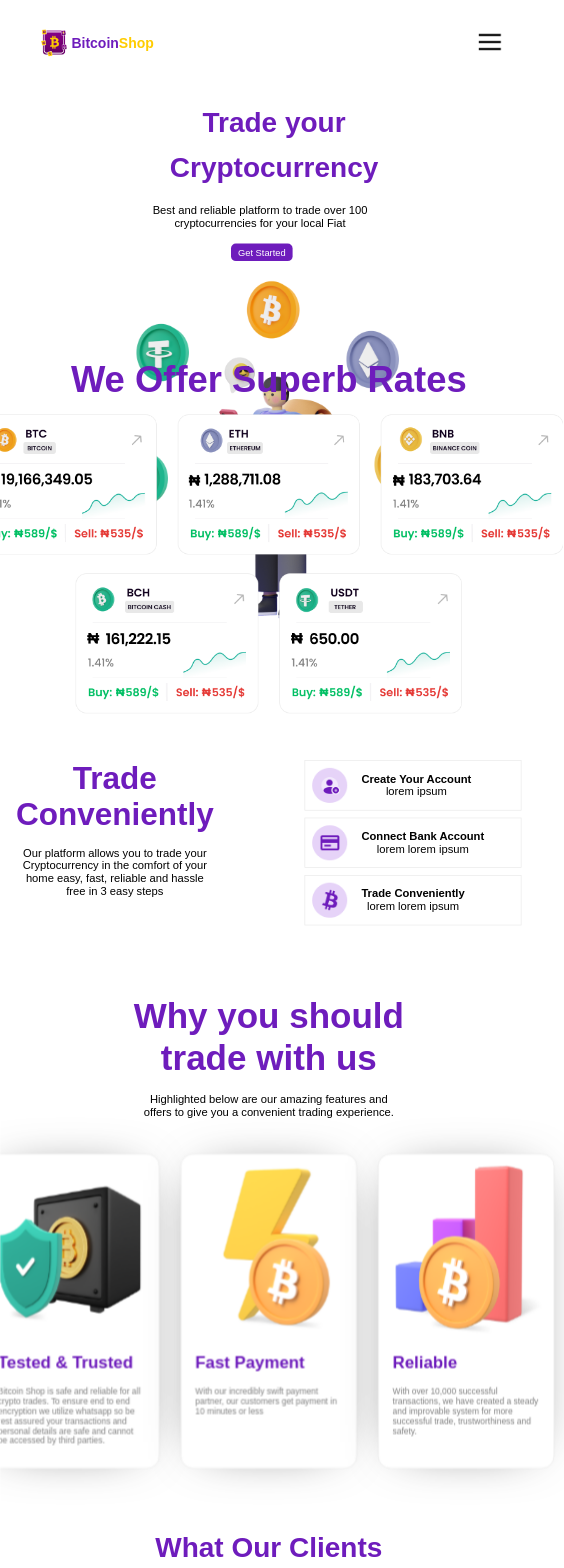
Repository: akinmiday/bitcoinshop-website
Page: /
An editor plug-in stored every save of this project. The page is shown before and after the next save, followed by the edit.
The browser window is 768 px wide. The page is 805 px wide, so the pictures cover 805 px, including what lies to the right of the window. The pictures show the part of the page from y = 0 to 2240 px (the page is 3084 px tall), at 70% of full size.
The project was rebuilt for these pictures with package versions that can differ from the ones it lists, and the page was loaded fresh each time. Also part of the build but not shown: vite.config.js.

Above is the page before, as saved 2023-07-12 05:55:45.

### src/App.jsx
import React from 'react'
import { Route, createBrowserRouter, RouterProvider, createRoutesFromElements } from "react-router-dom"
import './App.css'
import Layout from './components/layout'
import TitlePage from './pages/title'
import Rates from './pages/rates'



const router = createBrowserRouter(createRoutesFromElements(
  <Route path='/' element={<Layout />} >
    <Route index element={<TitlePage />} />
    <Route element={<Rates />} />

  </Route>
))

function App() {

  return (
    <RouterProvider router={router} />
  )
}

export default App

### src/index.css
*{
    margin: 0;
    padding: 0;
    box-sizing: border-box;
    /* font-family: 'Segoe UI', Tahoma, Geneva, Verdana, sans-serif ; */
    font-family: 'Poppins', sans-serif;
}

.header{
    display: flex;
    color:#6E1CBC;
    display: flex;
    align-items: center;
    border-bottom: #EAEAEA solid 1px;
    height: 60px;
    flex-shrink: 0;
    justify-content: space-between;
    padding: 20px;
}

.left-side-header{
  display: flex;
    align-items: center;
    font-weight: 500;
}

.left-side-header > img{
  padding: 5px;
    height: 50px;
}


.right-side-header{
    display: flex;
    align-items: center;
    font-weight: 500;
}

.right-side-header > img{
    padding: 10px;
    height: 44px;

}

.shop-logo{
    color:#FFCC00 ;
}


.middle-section-header {
    display: flex;
    justify-content: center;
    align-items: center;
    gap: 20px;
}

.right-side-header >button {
    background-color: #6E1CBC;
    color: #ffffff;
    padding: 5px 10px;
    border-radius: 8px;
    border: none;
}

.menu-icon-header{
display: none;
}

.footer{
    background-color: #6E1CBC;
    color: #ffffff;
    display: flex;
    justify-content: center;
    align-items: center;
    margin-top: auto;
    flex-shrink: 0;
    height: 45px;
}

.title-section{
    display: flex;
    padding: 30px;
    height: 400px;
    justify-content: space-around;

}



.left-side-title{
    width: 450px;
    padding: 20px;
}

.left-side-title > h1{
    color: #6E1CBC;
    font-size: 62px;
    font-style: normal;
    font-weight: 700;
    line-height: 78px;


}

.left-side-title > p{
    font-size: 18px;
    padding: 20px 0;
}

.left-side-title >button{
    color: #ffffff;
    background-color: #6E1CBC;
    padding: 5px 10px;
    border-radius: 7px;
    text-align: center;
    border: none;
}

.rates-section{
    color: #6E1CBC;
    text-align: center;
    font-size: 26px;
}

.rates-section h1 {
    padding: 20px;
}

.rates-section img{
    height: 200px;
}


.top-row-rates-section {
    display: flex;
    justify-content: center;
    margin-bottom: 20px;
    gap: 30px;
  }

.bottom-row-rates-section {
    display: flex;
    justify-content: center;
    gap: 30px;
  }

.trade-section{
    margin-top: 30px;
    display: flex;
    justify-content: center;
    align-items: flex-start;
    gap: 110px;
    flex-shrink: 0;
    padding: 20px;
  }

.left-trade-section{
    width: 400px;

  }

.left-trade-section h1 {
    color: #6E1CBC;
    font-size: 45px;
    padding: 10px;
  }

.left-trade-section p{
    padding: 10px;
  }

.trade-link-section >div{
    display: flex;
    align-items: center;
    width: 310px;
    padding: 10px;
    margin: 10px;
    border: #EAEAEA 1px solid;
  }

.trade-link-section > div >img{
    height: 50px;
    margin-right: 20px;
  }
  .trade-with-us{
    text-align: center;

    margin-top: 50px;
  }

.trade-with-us-heading > h1{
    color: #6E1CBC;
    font-size: 50px;
    line-height: 60px;
    padding: 20px;
  }

.trade-with-us-icon-section{
    display: flex;
    margin-top: 20px;
    padding-top: 30px;
    gap: 30px;
    justify-content: center;
    align-items: center;
    padding-bottom: 20px;
  }

.trade-with-us-icon-section >div{
    border-radius: 18px;
    border: 1px solid #EAEAEA;
    background: #FFF;
    backdrop-filter: blur(100px);
    width: 260px;
    height: 450px;
    text-align: left;
    box-shadow: -2px 0px 74px -36px rgba(0,0,0,0.71);
    -webkit-box-shadow: -2px 0px 74px -36px rgba(0,0,0,0.71);
    -moz-box-shadow: -2px 0px 74px -36px rgba(0,0,0,0.71);
  }

.trade-with-us-icon-section div >h2{
    color: #6E1CBC;
    padding: 20px;
  }

.trade-with-us-icon-section div >p{
    padding: 0 20px;
    font-size: 12px;
    color: #808080;
  }

.trade-with-us-icon-section img {
    width: 250px;
    height: 250px;
    margin-top: 10px;
  }

.carousel-area{
    display: flex;
    align-items: center;
    justify-content: center;
    gap: 20px;
    margin-top: 60px;
  }

.review-section{
    text-align: center;
    margin-top: 50px;

  }

.review-section h1{
    font-size: 40px;
    padding: 20px;
    color: #6E1CBC;
  }

.review-card{
    width: 70%;
    position: relative;
    align-items: center;


  }

.review-card-area {
    position: relative;
    display: flex;
    align-items: center;
    justify-content: center;

  }

.review-card-area h2{
    position: absolute;
    color: black;
    font-size: 18px;
    top: 70px;


  }

.review-card-area > p {
    position: absolute;
    font-size: 12px;
    width: 370px;
    color: black;
    top: 100px;
  }

.review-image{
    border-radius: 102px;
    border: 5px solid #6E1CBC;
    background: url(<path-to-image>), lightgray 50% / cover no-repeat, #C4C4C4;
    width: 102px;
    height: 102px;
    flex-shrink: 0;
    position: absolute;
    top: -50px;

  }

.trade-count-area{
    padding: 20px;
    margin-top: 30px;
    margin-bottom: 50px;
  }

.trade-count-area h1{
    font-size: 60px;
    color: #6E1CBC;
  }

.trade-count-area p{
    font-size: 35px;
    margin-top: -20px;
  }


.contact-section-area{
  display: flex;
  justify-content: space-around;
  border-top: #C4C4C4 1px solid;
  padding: 25px 15px;
}

.contact-section-area >div{
  margin-top: 20px;

}
.social-contact-area{
  display: flex;

}

.social-contact-area >img{
  width:100px;
  height: 100px;
  padding: 5px;
}

.social-contact-area >div >h1{
  color: #6E1CBC;
  padding: 3px 10px;
}

.social-icon-container{
  display: flex;
  padding-left: 10px;
  gap: 7px;
}

.contacts-area h3{
  color: #6E1CBC;
  font-size: smaller;
}

.contacts-area h4{
  font-size: smaller;
}

.contacts-area div{
  padding: 3px;
  padding-top: 10px;
}

a{
  text-decoration: none;
  color: black;
}


/* media queries */

@media (max-width: 800px) {


  /* header section */

.header{
  border: none;
}

.left-side-header >h3{
  font-size: 20px;
}

.middle-section-header{
  display: none;
}
.right-side-header{
  display: none;
}

.menu-icon-header{
 display: block;
}


/* title section */


.title-section{
  display: grid;
}

.left-side-title > h1{
  font-size: 40px;
  padding-left: 35px;
  line-height: 65px;
}

.left-side-title >p{
  font-size: 16px;
  width: 370px;
  padding-left: 35px;
}
}

### src/components/layout.jsx
import React from "react";
import { Outlet } from "react-router-dom";
import Header from "./header";
import Footer from "./footer";
import Rates from "../pages/rates";


export default function Layout() {
    return (<>
        <Header />
        <main>
            <Outlet />
        </main>
        <Footer />
    </>)
}

### src/pages/title.jsx
import React from "react";
import groupIcons from "../assets/Group-icons-title.png"
import Rates from "./rates";
import TradeSection from "./tradeSection";
import TradeWithUs from "./tradewithus";
import Reviews from "./reviews";
import ContactSection from "./contactSection";

export default function TitlePage() {
    return (<>
        <div className="title-section" >
            <div className="left-side-title" >
                <h1>Trade your Cryptocurrency</h1>
                <p>Best and reliable platform to trade over 100 cryptocurrencies for your local Fiat</p>
                <button>Get Started</button>
            </div>
            <img src={groupIcons} />
        </div>
        <Rates />
        <TradeSection />
        <TradeWithUs />
        <Reviews />
        <ContactSection />
    </>
    )
}

### src/pages/rates.jsx
import React from "react";
import btcTrend from "../assets/bitcoin-trend-Item.png"
import ethTrend from "../assets/ETH-Trend-Item.png"
import bnbTrend from "../assets/BNB-Trend-Item.png"
import bchTrend from "../assets/BCH-Trend-Item.png"
import usdtTrend from "../assets/USDT-Trend-Item.png"

export default function Rates() {
    return (
        <div className="rates-section">
            <h1>We Offer Superb Rates</h1>
            <div className="top-row-rates-section">
                <div><img src={btcTrend} /></div>
                <div><img src={ethTrend} /></div>
                <div><img src={bnbTrend} /></div>
            </div>
            <div className="bottom-row-rates-section">
                <div><img src={bchTrend} /></div>
                <div><img src={usdtTrend} /></div>
            </div>
        </div>
    );
}

### src/components/header.jsx
import React from "react";
import logoImg from "../assets/bitcoinshop-logo.png"
import lightIcon from "../assets/Light-icon.png"
import menuIcon from "../assets/Menu.png"


export default function Header() {
    return (<div className="header" >
        <div className="left-side-header" ><img src={logoImg} />
            <h3>Bitcoin<span className="shop-logo" >Shop</span></h3>
        </div>
        <div className="middle-section-header" >
            <h4>Home</h4>
            <h4>Contact us</h4>
            <h4>About us</h4>
            <h4>FAQs</h4>
            <h4>Terms of Service</h4>
        </div>
        <div className="right-side-header" >
            <img src={lightIcon} />
            <button>Trade now</button>
        </div>
        <div className="menu-icon-header" >
            <img src={menuIcon} />
        </div>


    </div>)
}

### src/components/footer.jsx
import React from "react";

export default function Footer() {
    return (<>
        <div className="footer" >&#169; 2021 BitcoinShop. All rights reserved</div>
    </>)
}

### src/pages/tradeSection.jsx
import React from "react";
import profileIcon from "../assets/profile-icon.png"
import debitCardIcon from "../assets/debit-card-icon.png"
import bitcoinIcon from "../assets/bitcoin-icon.png"

export default function TradeSection() {
    return (
        <div className="trade-section">
            <div className="left-trade-section" >
                <h1>Trade Conveniently</h1>
                <p>Our platform allows you to trade your Cryptocurrency in the comfort of your home
                    easy, fast, reliable and hassle free in 3 easy steps
                </p>
            </div>
            <div className="trade-link-section" >
                <div>
                    <img src={profileIcon} />
                    <div>
                        <h4>Create Your Account</h4>
                        <p>
                            lorem ipsum
                        </p>
                    </div>
                </div>

                <div>
                    <img src={debitCardIcon} />
                    <div>
                        <h4>Connect Bank Account</h4>
                        <p>
                            lorem lorem ipsum
                        </p>
                    </div>
                </div>

                <div>
                    <img src={bitcoinIcon} />
                    <div>
                        <h4>Trade Conveniently</h4>
                        <p>
                            lorem lorem ipsum
                        </p>
                    </div>
                </div>
            </div>
        </div>
    )
}

### src/pages/tradewithus.jsx
import React from "react";
import securedIcon from "../assets/secured.png"
import fastPaymentIcon from "../assets/fast-payment.png"
import reliableIcon from "../assets/reliable.png"

export default function TradeWithUs() {
    return (
        <div className="trade-with-us" >
            <div className="trade-with-us-heading" >
                <h1>Why you should <br /> trade with us</h1>
                <p>Highlighted below are our amazing features and <br /> offers
                    to give you a convenient trading experience.
                </p>
            </div>
            <div className="trade-with-us-icon-section" >
                <div>
                    <img src={securedIcon} />
                    <h2>Tested & Trusted</h2>
                    <p>Bitcoin Shop is safe and reliable for all crypto trades. To ensure end to end encryption we utilize whatsapp
                        so be rest assured your transactions and personal details are safe and cannot be accessed by third parties.
                    </p>
                </div>
                <div>
                    <img src={fastPaymentIcon} />
                    <h2>Fast Payment</h2>
                    <p>With our incredibly swift payment partner, our customers get payment in 10 minutes or less</p>
                </div>
                <div>
                    <img src={reliableIcon} />
                    <h2>Reliable</h2>
                    <p>With over 10,000 successful transactions, we have created a steady and improvable system for more successful trade,
                        trustworthiness and safety.
                    </p>
                </div>
            </div>
        </div>
    )
}

### src/pages/reviews.jsx
import React from "react";
import reviewCard from "../assets/review-card.png"
import toRightIcon from "../assets/to-right-carousel.png"
import toLeftIcon from "../assets/to-left-carousel.png"
import profileIcon from "../assets/profile-icon.png"

export default function Reviews() {
    return (
        <div className="review-section" >
            <h1>What Our Clients<br />Say About Us</h1>

            <div className="carousel-area" >
                <div>
                    <img src={toLeftIcon} />
                </div>
                <div className="review-card-area" >
                    <img className="review-card" src={reviewCard} />
                    <img className="review-image" src={profileIcon} />
                    <h2>Bayo Midey</h2>
                    <p>Lorem ipsum dolor sit amet, consectetur adipiscing elit, sed do eiusmod tempor incididunt ut labore et dolore magna aliqua. Ut enim ad minim veniam, quis nostrud exercitation ullamco laboris nisi ut aliquip ex ea commodo consequat.</p>
                </div>
                <div>
                    <img src={toRightIcon} />
                </div>
            </div>
            <div className="trade-count-area" >
                <h1 >13,000+</h1>
                <p>Successful trades</p>
            </div>

        </div>
    )
}

### src/pages/contactSection.jsx
import React from "react";
import instagramIcon from "../assets/instagram-ic.png"
import facebookIcon from "../assets/facebook-ic.png"
import twitterIcon from "../assets/twitter-ic.png"
import youtubeIcon from "../assets/youtube-ic.png"
import logoImg from "../assets/logo-large.png"

export default function ContactSection() {
    return (
        <div className="contact-section-area">
            <div className="social-contact-area" >
                <img src={logoImg} />
                <div>
                    <h1>Bitcoin<span className="shop-logo" >Shop</span></h1>
                    <div className="social-icon-container" >
                        <img src={instagramIcon} />
                        <img src={facebookIcon} />
                        <img src={twitterIcon} />
                        <img src={youtubeIcon} />
                    </div>
                </div>
            </div>
            <div className="contacts-area" >
                <div >
                    <h3>Contact</h3>
                    <h4 ><a href="+2348124577931">+2348124577931</a></h4>
                </div>

                <div>
                    <h3>Email Address</h3>
                    <h4  ><a href="mailto: info@bitcoinshop.tech ">info@bitcoinshop.tech</a></h4>
                </div>

                <div>
                    <h3>Address</h3>
                    <h4>Area 5 Preboyes Complex Bodija,<br /> Ibadan Oyo.</h4>
                </div>
            </div>

            <div className="contacts-area">
                <div><h3>Home</h3></div>
                <div><h4>Conatct Us</h4></div>
                <div><h4>About Us</h4></div>
                <div><h4>FAQs</h4></div>
                <div><h4>Terms of Service</h4></div>
            </div>

        </div>

    )
}

Loaded but not shown: src/main.jsx (common file); src/App.css (common file)

After the next save:
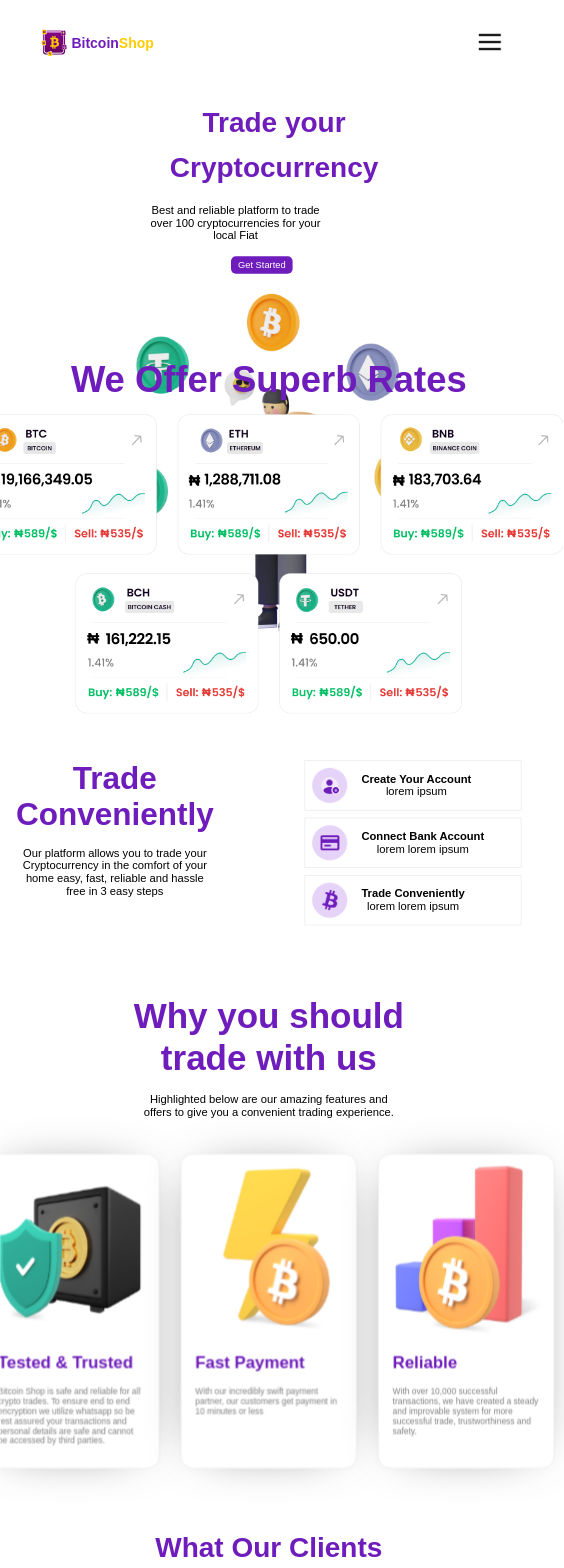
Saved 7 s later.
--- a/src/index.css
+++ b/src/index.css
@@ -412,7 +412,7 @@
 
 .left-side-title >p{
   font-size: 16px;
-  width: 370px;
+  width: 300px;
   padding-left: 35px;
 }
 }
